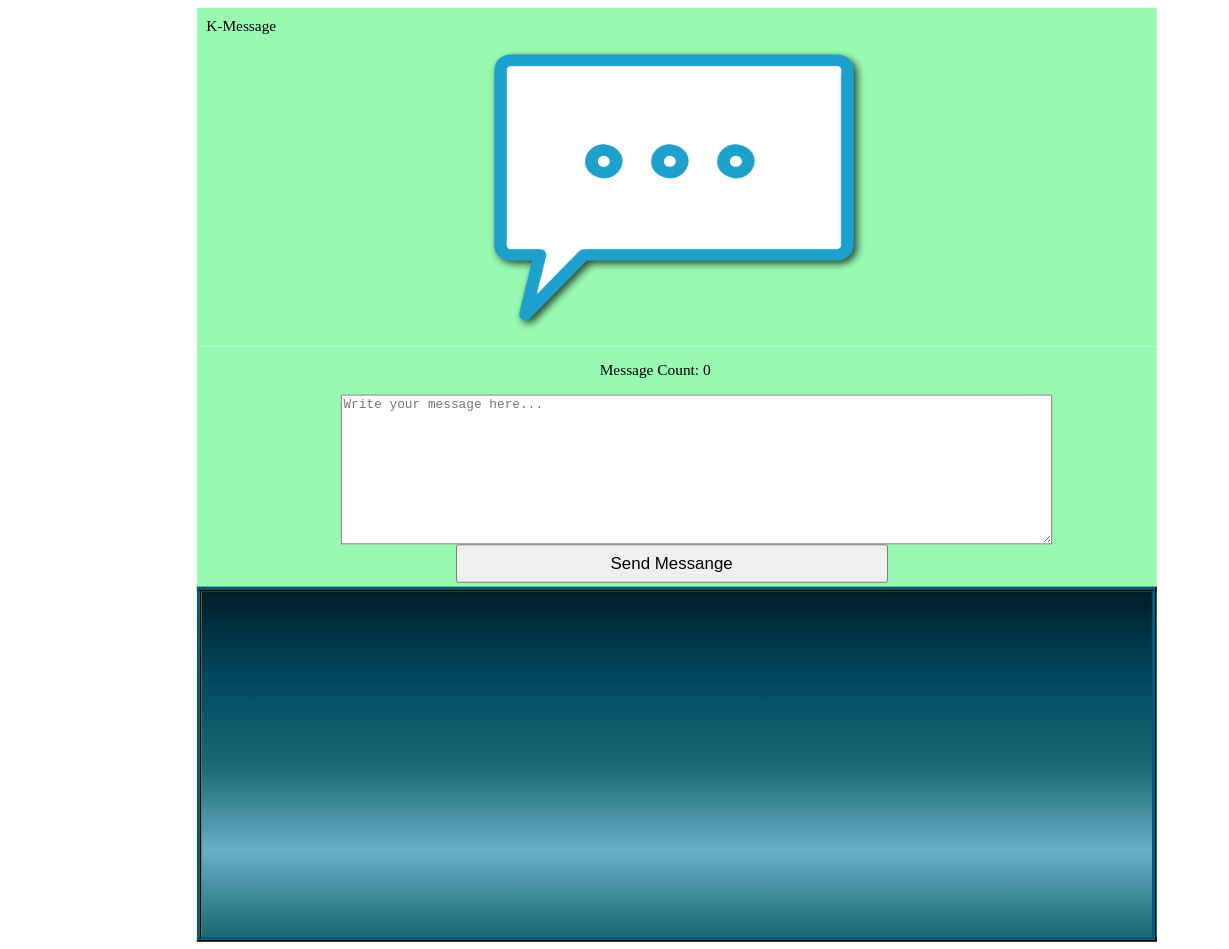
Repository: KevinUd2014/Kn222gn-laborations-Repo-1dv403
Page: 2-labbymezzage/Index.html
The author's editor kept a record of every edit. The page is drawn from the files as they stood at one moment, then again after the next edit.
The browser window is 1280 px wide. The pictures show the whole page, at 96% of full size.

Above is the page before.

After the next edit:
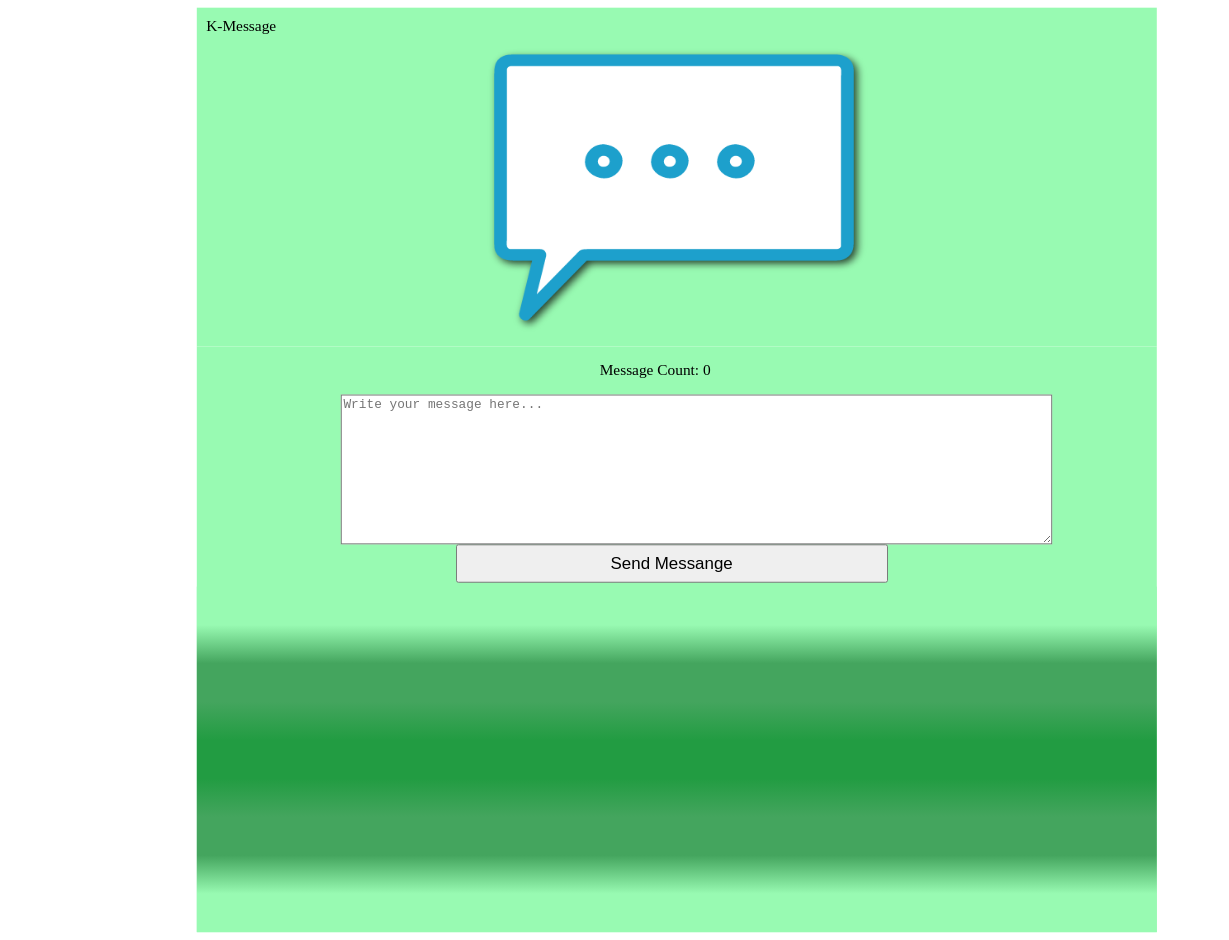
The edit:
--- a/2-labbymezzage/CssMessage.css
+++ b/2-labbymezzage/CssMessage.css
@@ -54,8 +54,8 @@
     overflow-y:scroll;
     min-height:200px;
     height:360px;
-    border:ridge 5px #001D27;
-    background:linear-gradient(#001D27,#004860, #186974, #69AEC5, #186974);
+    border: 5px #98FAB2;
+    background:linear-gradient(#98FAB2,#98FAB2,#44A55E,#44A55E, #229C42,#229C42,#44A55E, #44A55E,#98FAB2, #98FAB2);
 }
 #messagesSection p
 {
